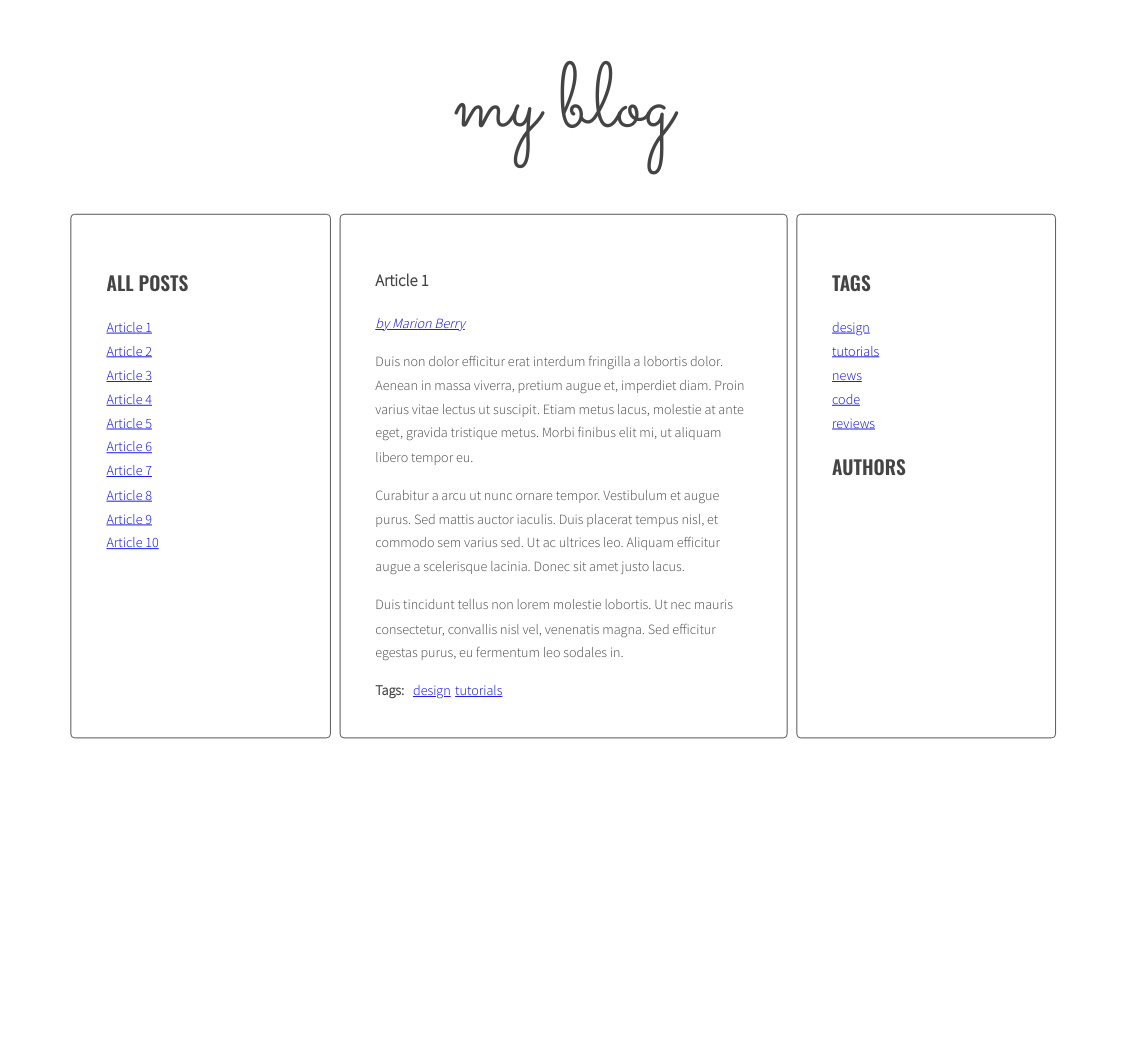
Repository: ulasup/javascript-blog
Page: index.html
These files come from the project's save history. The page is drawn as it stood at one moment and after the next save; the edit follows.
The browser window is 1280 px wide. The pictures show the whole page, at 88% of full size.
The style sheet was rebuilt from its Sass, Less or Tailwind sources for each picture, by a compiler version that may differ from the author's.

Above is the page before, as saved 2020-12-21 18:11:08.

### index.html
<!DOCTYPE html>
<html  lang="en">
    <head>
        <meta charset="UTF-8">
        <title>Film blog</title>
        <link rel="stylesheet" href="css/style.css">
    </head>
    <body>
        <div class="blog">
            <div class="container">
              <h1 class="logo">my blog</h1>
              <main class="wrapper">
                <aside class="sidebar">
                  <h2 class="section-title">All posts</h2>
                  <ul class="list titles">
                  </ul>
                </aside>
                <section class="posts">
                  <article class="post active" id="article-1" data-tags="design tutorials" data-author="Marion Berry">
                    <h3 class="post-title">Article 1</h3>
                    <p class="post-author"></p>
                    <div class="post-content">
                      <p>Duis non dolor efficitur erat interdum fringilla a lobortis dolor. Aenean in massa viverra, pretium augue et, imperdiet diam. Proin varius vitae lectus ut suscipit. Etiam metus lacus, molestie at ante eget, gravida tristique metus. Morbi finibus elit mi, ut aliquam libero tempor eu.</p>
                      <p>Curabitur a arcu ut nunc ornare tempor. Vestibulum et augue purus. Sed mattis auctor iaculis. Duis placerat tempus nisl, et commodo sem varius sed. Ut ac ultrices leo. Aliquam efficitur augue a scelerisque lacinia. Donec sit amet justo lacus.</p>
                      <p>Duis tincidunt tellus non lorem molestie lobortis. Ut nec mauris consectetur, convallis nisl vel, venenatis magna. Sed efficitur egestas purus, eu fermentum leo sodales in.</p>
                    </div>
                    <div class="post-tags">
                      <p><strong>Tags:</strong></p>
                      <ul class="list list-horizontal">
                      </ul>
                    </div>
                  </article>
                  <article class="post" id="article-2" data-tags="news code" data-author="Theo Tabby">
                    <h3 class="post-title">Article 2</h3>
                    <p class="post-author"></p>
                    <div class="post-content">
                      <p>Phasellus sollicitudin, arcu vel iaculis ullamcorper, quam leo viverra orci, et faucibus quam sapien vel est. Maecenas ac suscipit elit. Nullam interdum, lorem vitae venenatis pulvinar, ex dui malesuada nunc, tempus cursus enim metus vel nulla.</p>
                      <p>Integer hendrerit, eros id efficitur dapibus, ante arcu ullamcorper orci, a iaculis felis turpis at purus. Quisque sodales posuere sapien vel consectetur. Duis dui urna, commodo non ante nec, mattis dictum enim. Donec aliquam erat sed diam lobortis, vel gravida lacus laoreet. Phasellus pretium maximus mi, eu posuere justo suscipit vel.</p>
                      <p>Nam magna nisl, varius in malesuada vitae, facilisis vel metus. Proin rhoncus euismod leo dictum lobortis. Suspendisse non ante sapien.</p>
                    </div>
                    <div class="post-tags">
                      <p><strong>Tags:</strong></p>
                      <ul class="list list-horizontal">
                      </ul>
                    </div>
                  </article>
                  <article class="post" id="article-3" data-tags="news reviews design" data-author="George Tuxedo">
                    <h3 class="post-title">Article 3</h3>
                    <p class="post-author"></p>
                    <div class="post-content">
                      <p>Mauris vel pellentesque turpis, ac sodales nisl. Quisque iaculis mi velit, ut convallis tellus accumsan a. Quisque iaculis, nisi et dignissim tincidunt, nisl eros euismod nulla, finibus laoreet erat enim posuere elit.</p>
                      <p>Aenean at semper urna. Duis vel sapien molestie, egestas diam consequat, molestie nulla. Praesent a malesuada metus. Praesent et tempus leo.</p>
                      <p>Mauris in eleifend neque, vitae eleifend velit. Maecenas purus est, bibendum eget imperdiet id, dictum sed ante. Aenean a magna et eros sagittis aliquet.</p>
                    </div>
                    <div class="post-tags">
                      <p><strong>Tags:</strong></p>
                      <ul class="list list-horizontal">
                      </ul>
                    </div>
                  </article>
                  <article class="post" id="article-4" data-tags="tutorials code design" data-author="Kitty Toebean">
                    <h3 class="post-title">Article 4</h3>
                    <p class="post-author"></p>
                    <div class="post-content">
                      <p>Morbi vel cursus nulla, vel varius mauris. Suspendisse sed elit sit amet risus faucibus vestibulum ut sit amet purus. Donec orci est, condimentum ut quam quis, scelerisque fringilla ligula.</p>
                      <p>Quisque bibendum nisl id quam sagittis, id pretium dolor scelerisque. Suspendisse non odio nec velit dapibus placerat non a libero.</p>
                      <p>Vivamus at tristique ex, feugiat sagittis ex. Cras cursus, ipsum et efficitur commodo, urna sapien rutrum magna, quis sodales justo ligula eget nunc. In hac habitasse platea dictumst.</p>
                    </div>
                    <div class="post-tags">
                      <p><strong>Tags:</strong></p>
                      <ul class="list list-horizontal">
                      </ul>
                    </div>
                  </article>
                  <article class="post" id="article-5" data-tags="design reviews" data-author="Marion Berry">
                    <h3 class="post-title">Article 5</h3>
                    <p class="post-author"></p>
                    <div class="post-content">
                      <p>Suspendisse sem eros, euismod condimentum arcu ac, consequat fermentum orci. Nam convallis lacus nec interdum vestibulum. Vestibulum luctus, quam eu tristique ornare, lorem nibh sodales enim, vitae tempor dolor ante vitae tortor.</p>
                      <p>Duis venenatis metus quis luctus lobortis. In porttitor ipsum eget ligula aliquam ornare. Cras malesuada urna id volutpat sodales.</p>
                      <p>Donec lobortis ultricies turpis, eu viverra magna gravida quis. Fusce sit amet pretium nulla. Duis rutrum metus vel libero sodales, pellentesque varius ex pulvinar.</p>
                    </div>
                    <div class="post-tags">
                      <p><strong>Tags:</strong></p>
                      <ul class="list list-horizontal">
                      </ul>
                    </div>
                  </article>
                  <article class="post" id="article-6" data-tags="reviews code" data-author="George Tuxedo">
                    <h3 class="post-title">Article 6</h3>
                    <p class="post-author"></p>
                    <div class="post-content">
                      <p>Donec posuere iaculis ante sed hendrerit. Lorem ipsum dolor sit amet, consectetur adipiscing elit. Quisque hendrerit neque nec urna tincidunt, quis vehicula dui vulputate. Morbi est sapien, auctor ut lectus eu, placerat viverra lorem.</p>
                      <p>Cras consectetur at erat id accumsan. Suspendisse lacinia in nulla quis vulputate. Nunc vitae consectetur augue. Nam ut vehicula mi. Aliquam tristique, purus in hendrerit porta, elit lectus finibus mi, vel malesuada nisl lectus a libero.</p>
                      <p>Nam quis efficitur ante. Sed eget purus quis ex commodo porta eu sit amet dolor. Mauris tellus nisl, dictum nec est vitae, condimentum ornare ante. Fusce ornare hendrerit maximus. In maximus rhoncus justo.</p>
                    </div>
                    <div class="post-tags">
                      <p><strong>Tags:</strong></p>
                      <ul class="list list-horizontal">
                      </ul>
                    </div>
                  </article>
                  <article class="post" id="article-7" data-tags="code news" data-author="Kitty Toebean">
                    <h3 class="post-title">Article 7</h3>
                    <p class="post-author"></p>
                    <div class="post-content">
                      <p>Donec eleifend mauris ac nisl fermentum, ac fermentum turpis dignissim. Aliquam diam nisl, imperdiet a varius eget, lobortis sed nisi. Nullam suscipit ipsum sed magna blandit, sed pellentesque urna malesuada.</p>
                      <p>Duis vestibulum arcu et lectus viverra porta. Praesent tempor lacus eget quam mattis, sit amet venenatis diam ultrices. Morbi gravida sapien quis ligula tincidunt, vel sagittis erat ultrices.</p>
                      <p>Ut orci tellus, laoreet ac diam ut, tempus bibendum nisi. Nam egestas sagittis nibh. Curabitur tristique dui quis egestas pretium. Duis eu felis orci.</p>
                    </div>
                    <div class="post-tags">
                      <p><strong>Tags:</strong></p>
                      <ul class="list list-horizontal">
                      </ul>
                    </div>
                  </article>
                  <article class="post" id="article-8" data-tags="news design tutorials" data-author="Theo Tabby">
                    <h3 class="post-title">Article 8</h3>
                    <p class="post-author"></p>
                    <div class="post-content">
                      <p>Praesent quis imperdiet erat. Curabitur tempor sapien a interdum malesuada. Proin libero erat, sagittis a sollicitudin eget, pulvinar nec risus. Cras et suscipit sem.</p>
                      <p>Maecenas consequat diam nec sollicitudin congue. Aenean porttitor porttitor quam, condimentum interdum metus congue sed. Donec at nulla ipsum.</p>
                      <p>Mauris non congue dui. Aenean ac eros vitae massa vulputate aliquet ut ac elit. Morbi iaculis auctor nunc aliquet luctus. Nunc tincidunt sem dui, quis interdum leo pellentesque eget. Fusce id leo varius, imperdiet nunc vitae, tristique mi. Mauris quis interdum justo. Mauris auctor purus eu leo faucibus feugiat. Nulla at odio vitae leo semper blandit.</p>
                    </div>
                    <div class="post-tags">
                      <p><strong>Tags:</strong></p>
                      <ul class="list list-horizontal">
                      </ul>
                    </div>
                  </article>
                  <article class="post" id="article-9" data-tags="news tutorials" data-author="Marion Berry">
                    <h3 class="post-title">Article 9</h3>
                    <p class="post-author"></p>
                    <div class="post-content">
                      <p>Tam et facilisis purus. Donec vulputate est quis lobortis posuere. Nunc vitae lorem ut odio faucibus pulvinar nec in justo. Ut ut ante ac tellus ornare tempus. Nunc maximus, tortor et dictum convallis, nunc libero posuere leo, scelerisque ultrices arcu sapien ut tellus.</p>
                      <p>Fusce lacinia augue massa, non tincidunt tortor auctor quis. Vestibulum ut pretium nisl. Etiam id tellus tempus, commodo ligula vehicula, porta magna.</p>
                      <p>Donec fringilla blandit dolor vel aliquet. Fusce tortor sapien, lobortis eu vehicula sit amet, dignissim et lectus. In ullamcorper metus vel massa fermentum, at fermentum dui sollicitudin. Nullam lacinia elit vel tortor ullamcorper pulvinar.</p>
                    </div>
                    <div class="post-tags">
                      <p><strong>Tags:</strong></p>
                      <ul class="list list-horizontal">
                      </ul>
                    </div>
                  </article>
                  <article class="post" id="article-10" data-tags="code design news reviews" data-author="George Tuxedo">
                    <h3 class="post-title">Article 10</h3>
                    <p class="post-author"></p>
                    <div class="post-content">
                      <p>Aliquam erat volutpat. Ut non eleifend lectus. Donec suscipit tellus tempor, ornare dui id, hendrerit neque. Phasellus lacinia laoreet dui in luctus. Sed hendrerit, magna sit amet varius tempor, augue augue scelerisque est, non scelerisque mauris libero eu sapien.</p>
                      <p>Sed at sapien in quam sollicitudin aliquam. In interdum metus a mi porttitor luctus. Sed commodo, arcu id lacinia posuere, felis elit pharetra urna, at feugiat est orci sit amet libero. Quisque in nisl est. Nullam vehicula at lectus non luctus. Cras aliquam neque magna, at varius nisi egestas ut.</p>
                      <p>Rhoncus purus nulla, non auctor lacus placerat ut. Aliquam condimentum eget magna ac gravida. Etiam egestas faucibus urna et finibus. Cras vel tellus vel magna suscipit euismod. Maecenas id arcu ante. Duis iaculis scelerisque erat, at ullamcorper arcu consectetur eu. Fusce aliquam diam at arcu pharetra, vel fermentum nunc lobortis.</p>
                    </div>
                    <div class="post-tags">
                      <p><strong>Tags:</strong></p>
                      <ul class="list list-horizontal">
                      </ul>
                    </div>
                  </article>
                </section>
                <aside class="sidebar">
                  <h2 class="section-title">Tags</h2>
                  <ul class="list tags">
                  </ul>
                  <h2 class="section-title">Authors</h2>
                  <ul class="list authors">
                  </ul>
                </aside>
              </main>
            </div>
          </div>
    <script src="js/script.js"></script>
    </body>
</html>

### js/script.js
'use strict';

function titleClickHandler(event){
  event.preventDefault();

  const activeLinks = document.querySelectorAll('.titles a.active');
  for(let activeLink of activeLinks){
    activeLink.classList.remove('active');
  }

  const clickedElement = this;
  clickedElement.classList.add('active');

  const activeArticles = document.querySelectorAll('.post.active');
  for(let activeArticle of activeArticles){
    activeArticle.classList.remove('active');
  }

  const articleSelector = clickedElement.getAttribute('href');
  const targetArticle = document.querySelector(articleSelector);
  targetArticle.classList.add('active');
}

const optArticleSelector = '.post',
  optTitleSelector = '.post-title',
  optTitleListSelector = '.titles',
  optArticleTagsSelector = '.post-tags .list',
  optTagsListSelector = '.tags.list',
  optArticleAuthorSelector = '.post-author',
  optCloudClassCount = 5,
  optCloudClassPrefix = 'tag-size-';

function generateTitleLinks(customSelector = ''){

  const titleList = document.querySelector(optTitleListSelector);
  titleList.innerHTML = '';

  const articles = document.querySelectorAll(optArticleSelector + customSelector);
  let html = '';
  for (let article of articles){
    const articleId = article.getAttribute('id');
    const articleTitle = article.querySelector(optTitleSelector).innerHTML;
    const linkHTML = '<li><a href="#' + articleId + '"><span>' + articleTitle + '</span></a></li>';
    html = html + linkHTML;
  }
  titleList.innerHTML = html;

  const links = document.querySelectorAll('.titles a');
  for(let link of links){
    link.addEventListener('click', titleClickHandler);
  }
}

generateTitleLinks();

function calculateTagsParams(tags){
  const params = {
    max: 0,
    min: 999999
  };
  for(let tag in tags){
    if(tags[tag] > params.max){
      params.max = tags[tag];
    }
    if(tags[tag] < params.min){
      params.min = tags[tag];
    }
  }
  return params;
}

function calculateTagClass(count, params){
  const normalizedCount = count - params.min;
  const normalizedMax = params.max - params.min;
  const percentage = normalizedCount / normalizedMax;
  const classNumber = Math.floor( percentage * (optCloudClassCount - 1) + 1 );

  return optCloudClassPrefix + classNumber;
}

function generateTags(){
  let allTags = {};
  const articles = document.querySelectorAll(optArticleSelector);
  for (let article of articles){
    const tagList = article.querySelector(optArticleTagsSelector);
    let html = '';
    const articleTags = article.getAttribute('data-tags');
    const articleTagsArray = articleTags.split(' ');
    for (let tag of articleTagsArray){
      const linkHTML = '<li><a href="#tag-' + tag + '"><span>' + tag + '</span></a></li>';
      html = html + linkHTML;
      if(!allTags.hasOwnProperty(tag)){
        allTags[tag] = 1;
      } else {
        allTags[tag]++;
      }
    }
    tagList.innerHTML = html;
  }
  const tagList = document.querySelector(optTagsListSelector);
  const tagsParams = calculateTagsParams(allTags);
  let allTagsHTML = '';
  for(let tag in allTags){
    const linkAllTagsHTML = '<li><a href="#tag-' + tag + '" class="' + calculateTagClass(allTags[tag], tagsParams) + '">' + tag + '</a></li>';
    allTagsHTML += linkAllTagsHTML;
  }
  tagList.innerHTML = allTagsHTML;

}

generateTags();

function tagClickHandler(event){
  event.preventDefault();

  const clickedElement = this;
  const href = clickedElement.getAttribute('href');
  const tag = href.replace('#tag-', '');

  const activeTags = document.querySelectorAll('a.active[href^="#tag-"]');
  for(let activeTag of activeTags){
    activeTag.classList.remove('active');
  }

  const tagLinks = document.querySelectorAll('a[href="' + href + '"]');
  for (let tagLink of tagLinks){
    tagLink.classList.add('active');
  }

  generateTitleLinks('[data-tags~="' + tag + '"]');
}

function addClickListenersToTags(){
  const links =  document.querySelectorAll('a[href^="#tag-"]');
  for(let link of links){
    link.addEventListener('click', tagClickHandler);
  }
}

addClickListenersToTags();

function generateAuthors(){
  const articles = document.querySelectorAll(optArticleSelector);
  for (let article of articles){
    const authorsList = article.querySelector(optArticleAuthorSelector);
    const articleAuthor = article.getAttribute('data-author');
    const linkHTML = '<a href="#author-' + articleAuthor + '"><span>by ' + articleAuthor + '</span></a>';
    authorsList.innerHTML = linkHTML;
  }
}

generateAuthors();

function authorClickHandler(event){
  event.preventDefault();

  const clickedElement = this;
  const author = clickedElement.getAttribute('href');

  const activeAuthors = document.querySelectorAll('a.active');
  for(let activeAuthor of activeAuthors){
    activeAuthor.classList.remove('active');
  }

  const authorLinks = document.querySelectorAll(author);
  for (let authorLink of authorLinks){
    authorLink.classList.add('active');
  }

  generateTitleLinks('[data-author="' + author + '"]');

}

function addClickListenersToAuthors(){
  const links =  document.querySelectorAll('a[href^="#author-"]');
  for(let link of links){
    link.addEventListener('click', authorClickHandler);
  }
}

addClickListenersToAuthors();

### sass/style.scss
@import url('https://fonts.googleapis.com/css?family=Oswald:400,600|Sacramento|Source+Sans+Pro:300&subset=latin-ext');

/* Variables */

$color-light: #fff;
$color-dark: #444;

$font-logo: 'Sacramento', cursive;
$font-header: 'Oswald', sans-serif;
$font-text: 'Source Sans Pro', sans-serif;

/* Global */

*, *::before, *::after {
  box-sizing: border-box;
}

body {
  background: $color-light;
  font-family: $font-text;
  color: $color-dark;
  font-weight: 300;
  font-size: 16px;
  line-height: 1.7;
}

.container {
  max-width: 1140px;
  margin: 0 auto;
}

.section-title {
  font-size: 22px;
  text-transform: uppercase;
  font-family: $font-header;
  font-weight: 600;

  span {
    text-transform: none;
    font-weight: 400;
    color: lighten($color-dark, 20%);
  }
}

/* Layout */

.wrapper {
  display: flex;
  margin-left: 10px;
}

.sidebar {
  flex: 1 0 0;
}

.posts {
  flex: 2 0 0;
}

.sidebar, .posts {
  background: $color-light;
  margin-right: 10px;
  padding: 40px;
  border: 1px solid $color-dark;
  border-radius: 5px;
}

/* Logo */

.logo {
  font-family: $font-logo;
  font-weight: 400;
  font-size: 104px;
  line-height: 1;
  text-align: center;
}

/* Lists */

.list {
  list-style-type: none;
  margin: 0;
  padding: 0;

  .active {
    font-weight: bold;
  }
}

.list-horizontal {
  li {
    display: inline-block;
    margin-right: 5px;
  }
}

/* Authors */

.authors {
  li {
    margin-bottom: 12px;
  }
}

/* Post */

.post {
  z-index: -1;
  position: absolute;
  opacity: 0;

  &.active {
    z-index: 2;
    position: relative;
    opacity: 1;
    transition: opacity 1s;
  }
}

.post-author {
  font-style: italic;
}

.post-tags {
  display: flex;

  p {
    margin: 0 10px 0 0;
  }
}

After the next save:
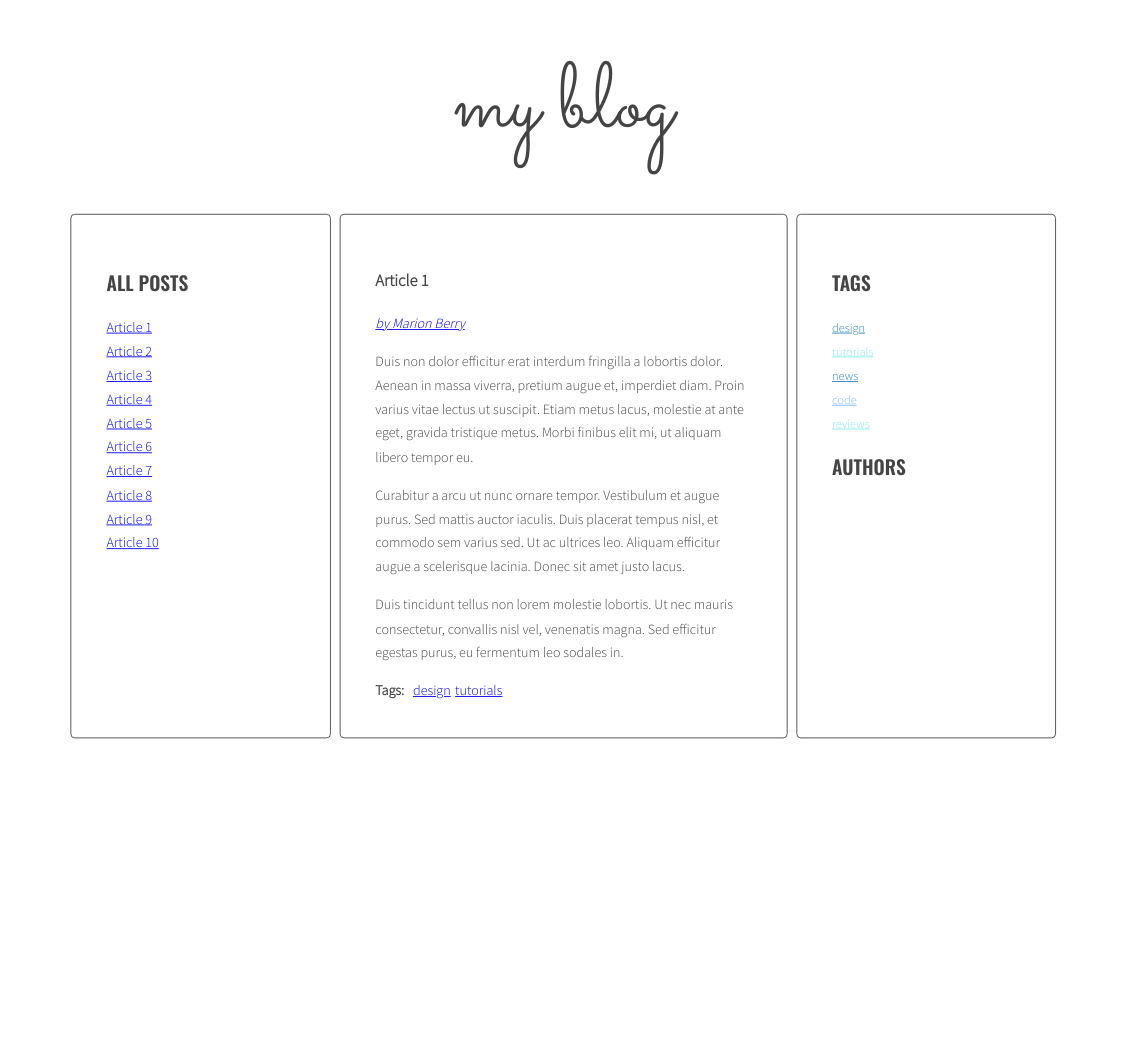
Saved 3 min 17 s later.
--- a/sass/style.scss
+++ b/sass/style.scss
@@ -128,3 +128,24 @@ body {
     margin: 0 10px 0 0;
   }
 }
+
+.tag-size-1 {
+  color: #81ecec;
+  font-size: 14px;
+}
+.tag-size-2 {
+  color: #55efc4;
+  font-size: 14px;
+}
+.tag-size-3 {
+  color: #74b9ff;
+  font-size: 14px;
+}
+.tag-size-4 {
+  color: #0984e3;
+  font-size: 14px;
+}
+.tag-size-5 {
+  color: #2980b9;
+  font-size: 14px;
+}
